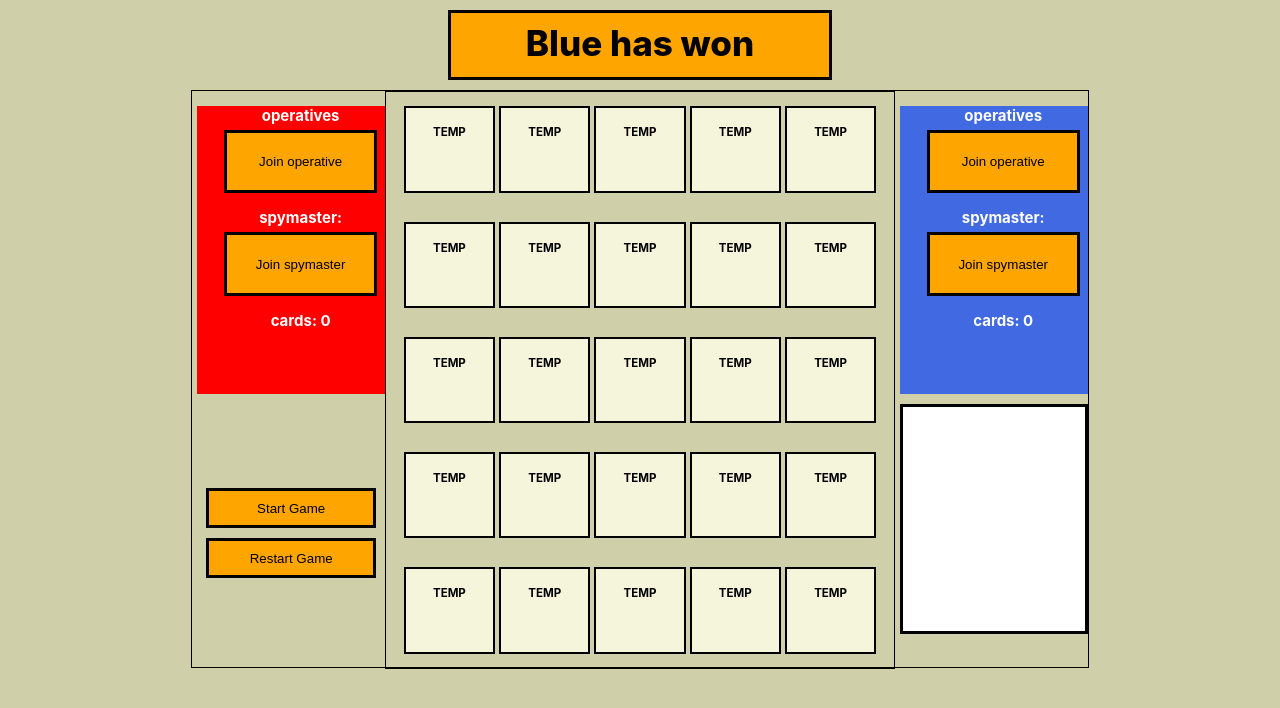
Repository: alcarrizo/Codenames-Fullstack
Page: / (app in client/)
These files come from the project's save history. The page is drawn as it stood at one moment and after the next save; the edit follows.
The browser window is 1280 px wide. The pictures show the whole page.
The project was rebuilt for these pictures with package versions that can differ from the ones it lists, and the page was loaded fresh each time. Imported but missing from the stored project, and not drawn on this page: client/src/reportWebVitals.

Above is the page before, as saved 2023-01-17 17:54:04.

After the next save:
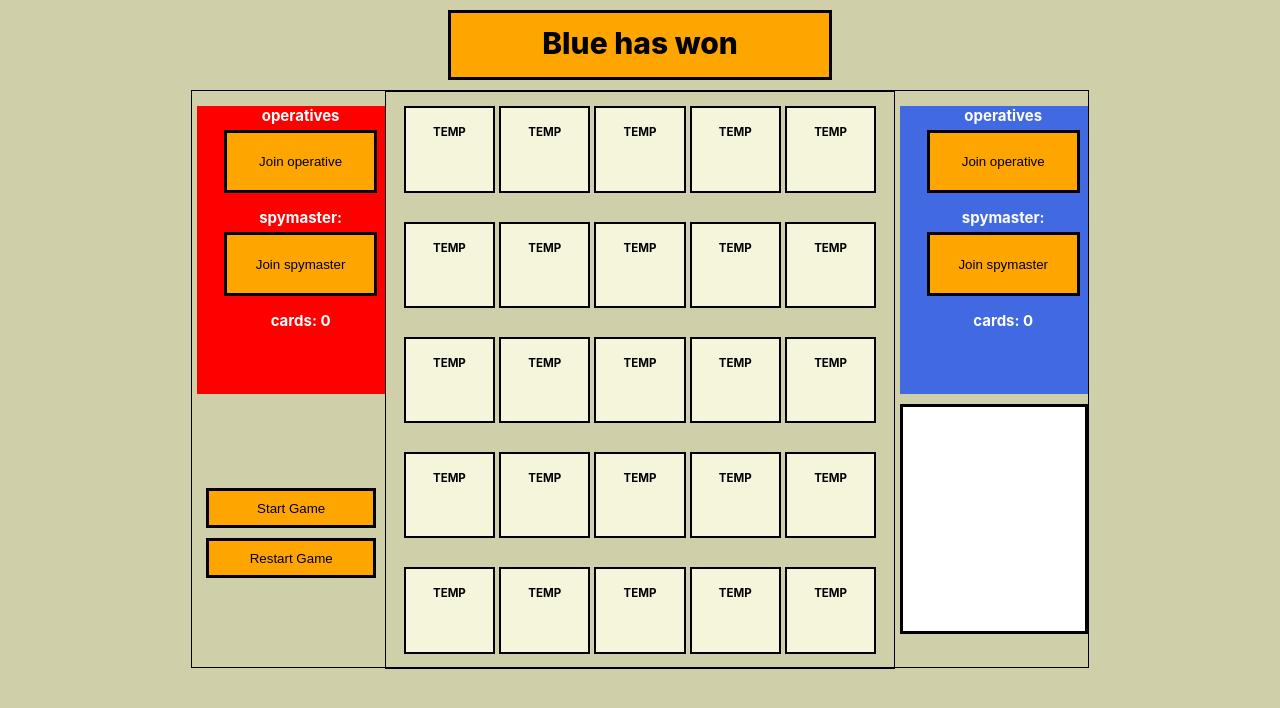
Saved 19 s later.
--- a/client/src/css/styles.css
+++ b/client/src/css/styles.css
@@ -217,7 +217,7 @@ body.blue {
     top: 35%;
     left: 35%;
     text-align: center;
-    font-size: 35px;
+    font-size: 30px;
     line-height: 60px;
     font-weight: 800;
     border: black solid 3px;
